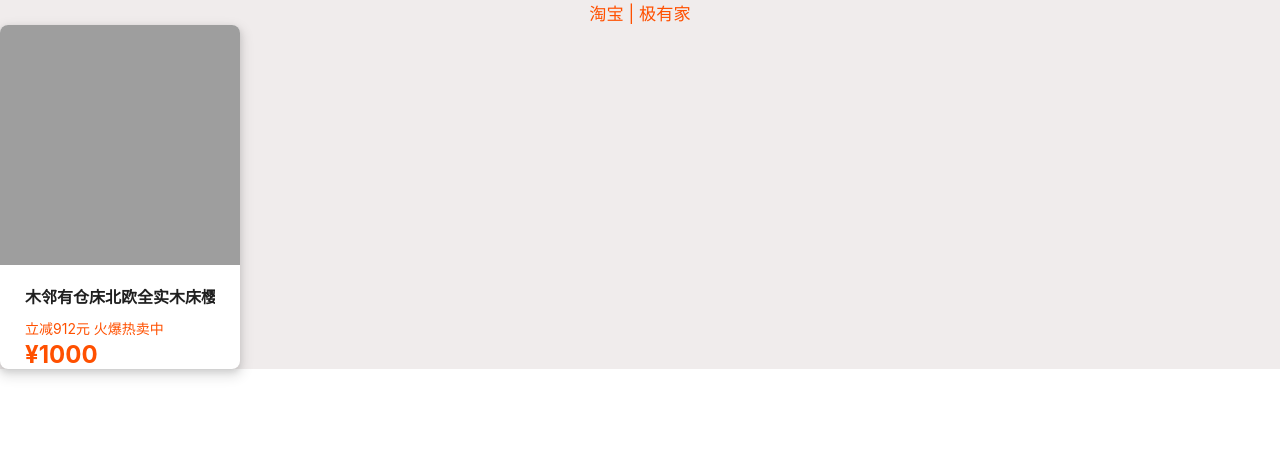
Repository: Nic98/Taobao-practice
Page: /
An editor plug-in stored every save of this project. The page is shown before and after the next save, followed by the edit.
The browser window is 1280 px wide. The pictures show the whole page.
The pointer rests on the first visible `.ant-card-hoverable`.
Pictures or frames that could not be fetched are drawn as grey boxes. The project was rebuilt for these pictures with package versions that can differ from the ones it lists, and the page was loaded fresh each time. Also part of the build but not shown: webpack.config.js.

Above is the page before, as saved 2024-09-22 17:33:07.

After the next save:
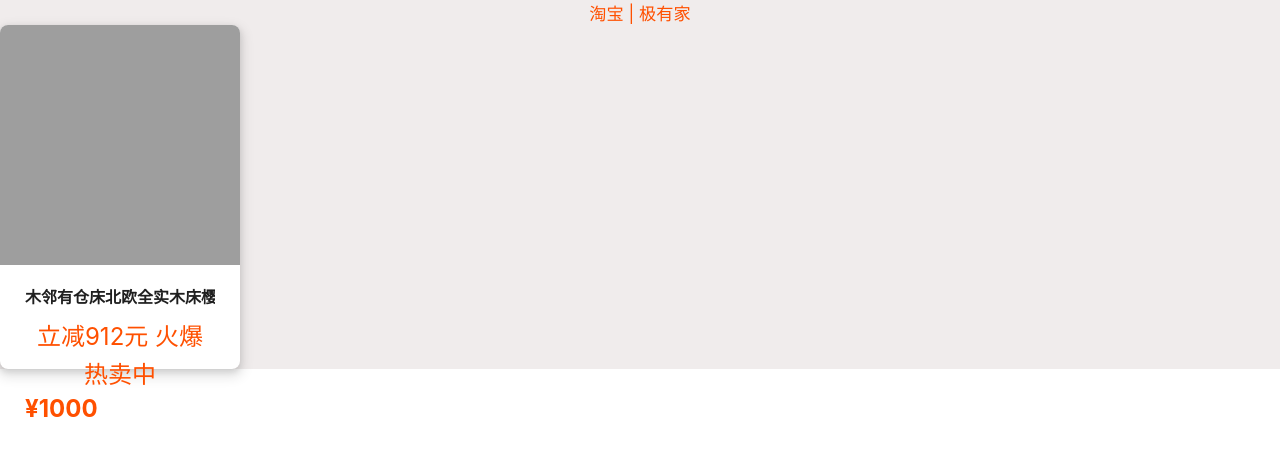
Saved 18 s later.
--- a/src/Styles/Card.scss
+++ b/src/Styles/Card.scss
@@ -1,7 +1,7 @@
 $taobao-color: #ff5000;
 
 .ant-card-hoverable:hover{
-  color: red;
+  font-size: 150%;
 }
 
 .ant-card-meta-detail {
